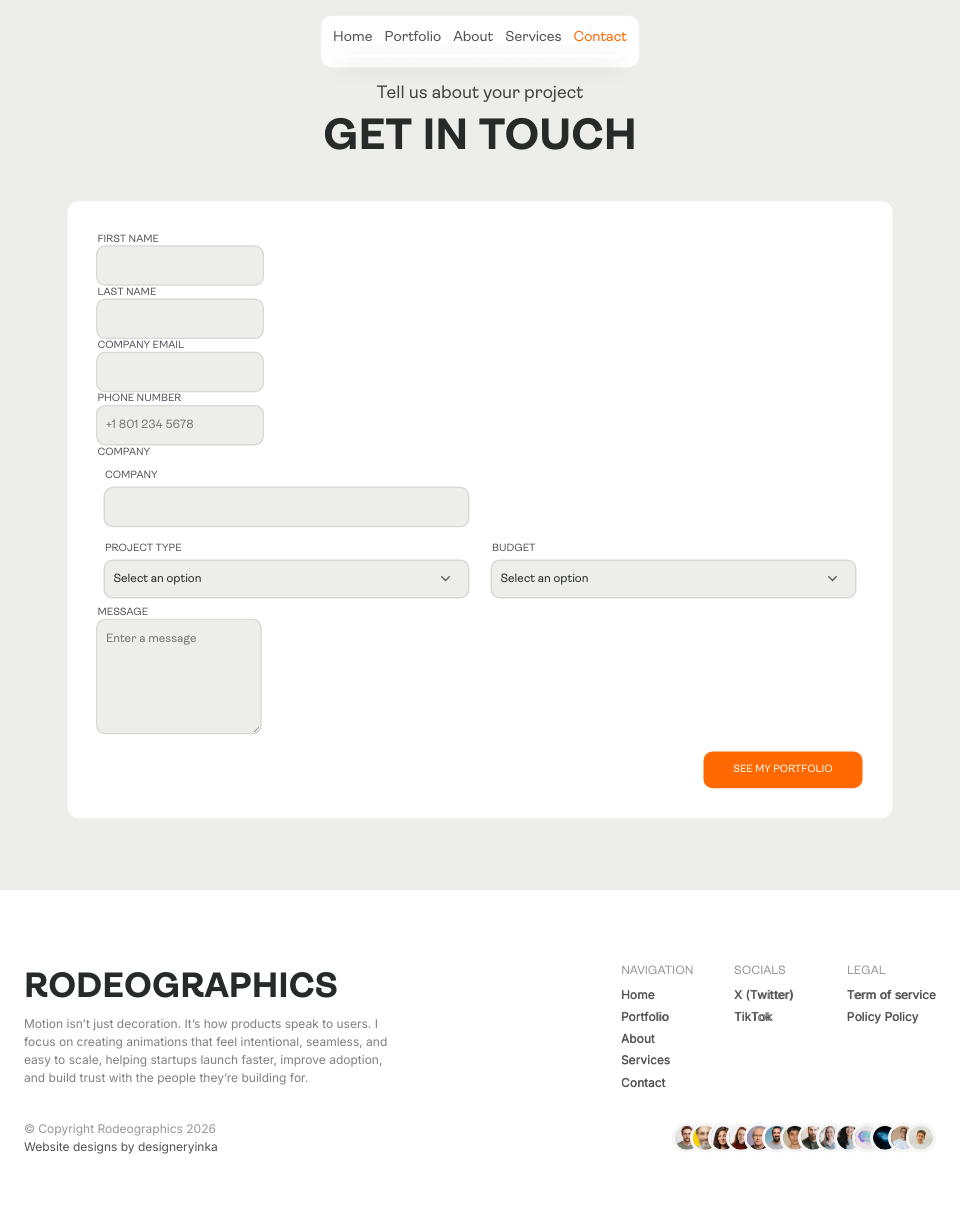
Repository: Ajeyinka/RodeoGraphics
Page: contact.html
An editor plug-in stored every save of this project. The page is shown before and after the next save, followed by the edit.
The browser window is 1280 px wide. The pictures show the whole page, at 75% of full size.

Above is the page before, as saved 2026-02-21 21:07:00.
Console error: ReferenceError: gsap is not defined

### contact.html
<!DOCTYPE html>
<html lang="en">
  <head>
    <meta charset="UTF-8" />
    <meta name="viewport" content="width=device-width, initial-scale=1.0" />
    <title>Contact | Motion Design for Startups</title>

    <meta
      name="description"
      content="Get in touch to discuss motion design for your product, startup, or upcoming launch."
    />
    <meta property="og:title" content="Contact | Motion Design for Startups" />
    <meta
      property="og:description"
      content="Get in touch to discuss motion design for your product, startup, or upcoming launch."
    />
    <meta property="og:image" content="" />
    <meta property="og:type" content="website" />
    <meta property="og:url" content="" />
    <script src="script.js" defer></script>
    <link rel="stylesheet" href="style.css" />
    <link
      rel="shortcut icon"
      href="images/favicon.ico.png"
      sizes="32x32"
      type="image/png"
    />
  </head>
  <body>
    <nav class="section_nav">
      <div class="container_large">
        <div class="container_nav">
          <div class="two-col-flex">
            <div class="nav_brand">
              <a href="index.html" class="nav_brand-link">
                <span>Rodeographics</span>
              </a>
            </div>
            <a href="#" class="toggle_button" id="toggle_button">
              <span class="bar one"></span>
              <span class="bar two"></span>
            </a>
          </div>
          <!-- Brand / Logo -->

          <!-- Navigation Menu -->
          <div class="nav_menu">
            <ul class="nav_list">
              <li class="nav_item">
                <a href="index.html" class="nav_link">Home</a>
              </li>
              <li class="nav_item">
                <a href="portfolio.html" class="nav_link">Portfolio</a>
              </li>

              <li class="nav_item">
                <a href="about.html" class="nav_link">About</a>
              </li>

              <li class="nav_item">
                <a href="services.html" class="nav_link">Services</a>
              </li>

              <li class="nav_item">
                <a href="contact.html" class="nav_link">Contact</a>
              </li>
            </ul>
          </div>
        </div>
      </div>
    </nav>

    <main>
      <section class="section_contact">
        <div class="container_large">
          <div class="padding_global">
            <div class="form_component">
              <div class="title-top">
                <p class="tag">Tell us about your project</p>
                <h1>GET IN TOUCH</h1>
              </div>
            </div>
            <div class="form-block">
              <form action="https://formspree.io/f/xzdapnao" method="POST">
                <div class="form-group">
                  <label for="fname">First Name</label>
                  <input
                    type="text"
                    name="first_name"
                    class="input"
                    id="fName"
                    required
                  />
                </div>
                <div class="form-group">
                  <label for="lname">Last Name</label>
                  <input
                    type="text"
                    name="last_name"
                    class="input"
                    id="lName"
                    required
                  />
                </div>
                <div class="form-group">
                  <label for="email">Company Email</label>
                  <input
                    type="email"
                    name="company_email"
                    class="input"
                    id="email"
                    required
                  />
                </div>
                <div class="form-group">
                  <label for="tel"> Phone Number</label>
                  <input
                    type="tel"
                    class="input phone-input"
                    placeholder="+1 801 234 5678"
                    inputmode="tel"
                    autocomplete="tel"
                    id="tel"
                  />
                </div>

                <div class="form-group">
                  <label for="company">Company</label>
                </div>

                <fieldset>
                  <label for="company">
                    Company
                    <input
                      type="text"
                      name="company"
                      class="input"
                      id="company"
                    />
                  </label>
                </fieldset>
                <fieldset>
                  <label>
                    Project Type
                    <select class="input select" name="project type">
                      <option value="" disabled selected>
                        Select an option
                      </option>
                      <option value="saas">SaaS/Explainer Video</option>
                      <option value="2d explainer">2D Explainer Video</option>
                      <option value="logo">Logo Animation</option>
                      <option value="ai vide0">
                        AI branding/product Launch Video
                      </option>
                      <option value="website">Website Interphase</option>
                      <option value="short form">Short Form Edit Video</option>
                    </select>
                  </label>
                  <label>
                    Budget
                    <select class="input select" name="budget">
                      <option value="" disabled selected>
                        Select an option
                      </option>
                      <option value="$0-$200">$0-$200</option>
                      <option value="$200-$500">$200-$500</option>
                      <option value="$500-$1000">$500-$1000</option>
                      <option value="$1000-above">$1000 and Above</option>
                    </select>
                  </label>
                </fieldset>
                <div class="form-group">
                  <label for="message">Message</label>
                  <textarea
                    name="textarea"
                    id="textarea"
                    class="input"
                    placeholder="Enter a message"
                  ></textarea>
                </div>

                <div class="input-submit">
                  <button type="submit" class="button-submit button">
                    <span class="text text-primary">See my portfolio</span>
                  </button>
                </div>
                <div class="form-success">
                  Thanks for reaching out. I’ll get back to you within 24 hours.
                </div>
              </form>
            </div>
          </div>
        </div>
      </section>
    </main>
    <footer>
      <div class="container_large">
        <div class="padding_global">
          <div class="footer-grid">
            <div class="footer-left">
              <h2>Rodeographics</h2>
              <p>
                Motion isn’t just decoration. It’s how products speak to users.
                I focus on creating animations that feel intentional, seamless,
                and easy to scale, helping startups launch faster, improve
                adoption, and build trust with the people they’re building for.
              </p>
            </div>
            <div class="footer-right">
              <div class="footer_link-wrapper">
                <div class="footer_links">
                  <h4>Navigation</h4>
                  <a href="index.html" class="footer_link">Home</a>
                  <a href="portfolio.html" class="footer_link">Portfolio</a>
                  <a href="about.html" class="footer_link">About</a>
                  <a href="services.html" class="footer_link">Services</a>
                  <a href="contact.html" class="footer_link">Contact</a>
                </div>
                <div class="footer_links">
                  <h4>Socials</h4>
                  <a href="https://x.com/designerola01" class="footer_link"
                    >X (Twitter)</a
                  >

                  <a
                    href="https://www.tiktok.com/@rodeodesigns?_r=1&_t=ZS-93MZgyCcf5N"
                    class="footer_link"
                    >TikTok</a
                  >
                </div>
                <div class="footer_links">
                  <h4>Legal</h4>
                  <a href="services.html" class="footer_link"
                    >Term of service</a
                  >

                  <a href="privacy.html" class="footer_link">Policy Policy</a>
                </div>
              </div>
            </div>
          </div>
          <div class="footer-bottom">
            <div>
              <p class="Copyright">© Copyright Rodeographics 2026</p>
              <a href="https://designeryinka.com/" target="_blank"
                >Website designs by designeryinka</a
              >
            </div>

            <div class="footer_proof">
              <img src="images/1.png" alt="" />
              <img src="images/2.png" alt="" />
              <img src="images/3.png" alt="" />
              <img src="images/4.png" alt="" />
              <img src="images/5.png" alt="" />
              <img src="images/6.png" alt="" />
              <img src="images/adewale.png" alt="" />
              <img src="images/adewale1.png" alt="" />
              <img src="images/adewale2.png" alt="" />
              <img src="images/adewale4.png" alt="" />
              <img src="images/adewalw5.png" alt="" />
              <img src="images/adewale6.png" alt="" />
              <img src="images/adewale7.png" alt="" />
              <img src="images/adewalw8.png" alt="" />
            </div>
          </div>
        </div>
      </div>
    </footer>
  </body>
</html>

Loaded but not shown: script.js (338 lines, source omitted); style.css (1929 lines, source omitted)

After the next save:
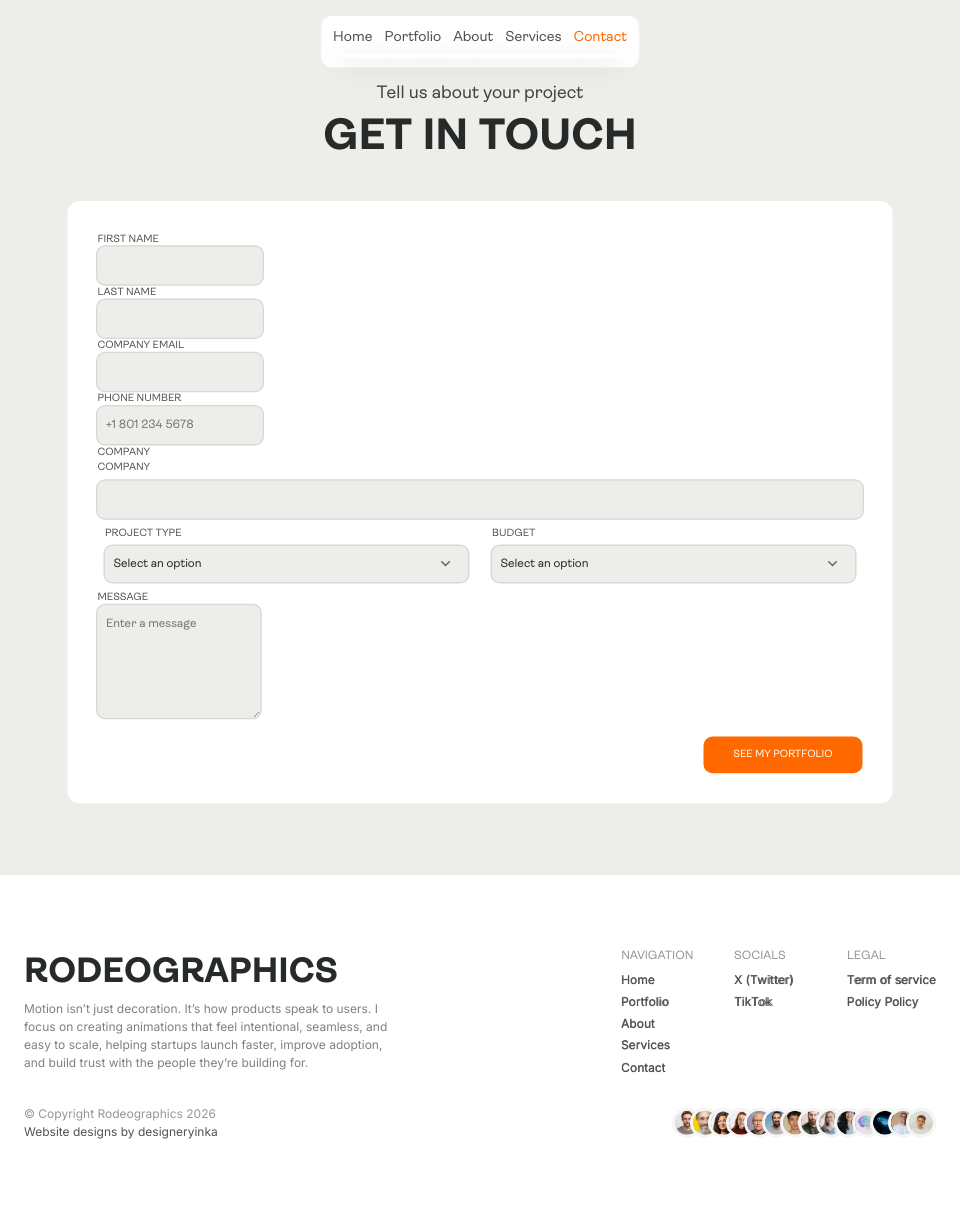
Saved 13 s later.
--- a/contact.html
+++ b/contact.html
@@ -126,9 +126,6 @@
 
                 <div class="form-group">
                   <label for="company">Company</label>
-                </div>
-
-                <fieldset>
                   <label for="company">
                     Company
                     <input
@@ -138,7 +135,8 @@
                       id="company"
                     />
                   </label>
-                </fieldset>
+                </div>
+
                 <fieldset>
                   <label>
                     Project Type
